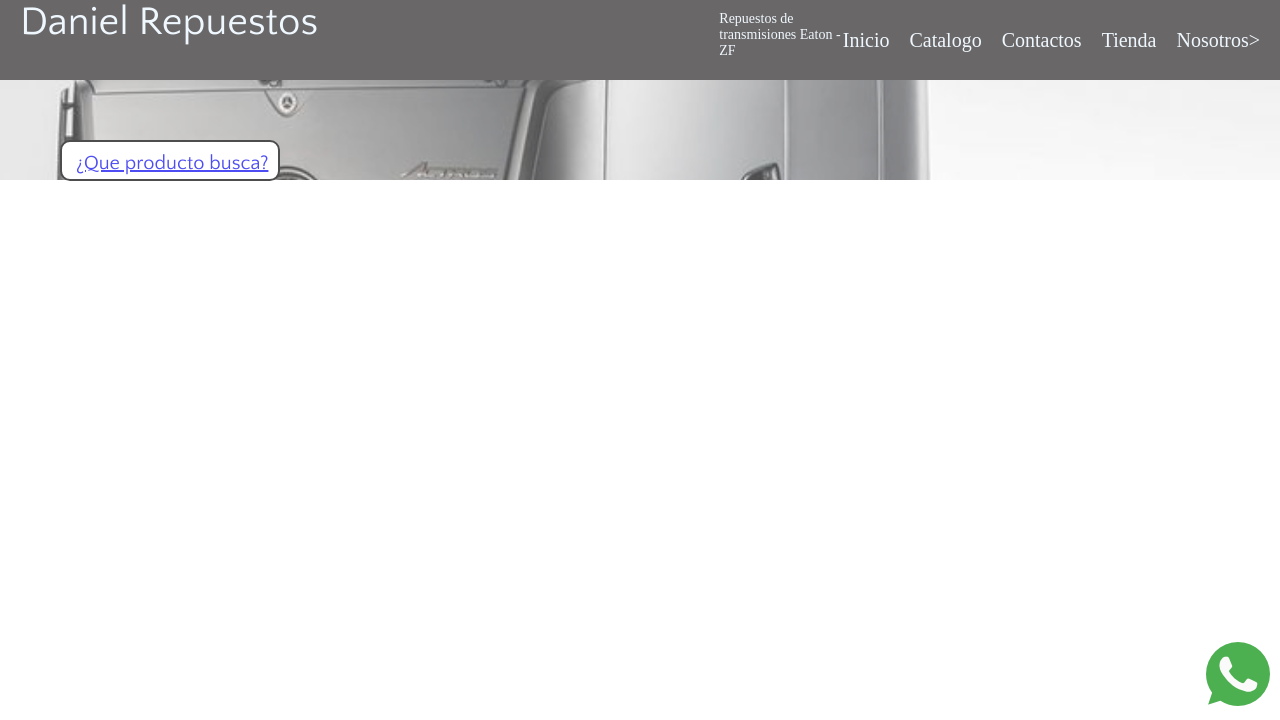
Repository: minesterani/proyecto-caja
Page: pages/nosotros.html
An editor plug-in stored every save of this project. The page is shown before and after the next save, followed by the edit.
The browser window is 1280 px wide. The pictures show the whole page.

Above is the page before, as saved 2024-10-02 08:22:17.

After the next save:
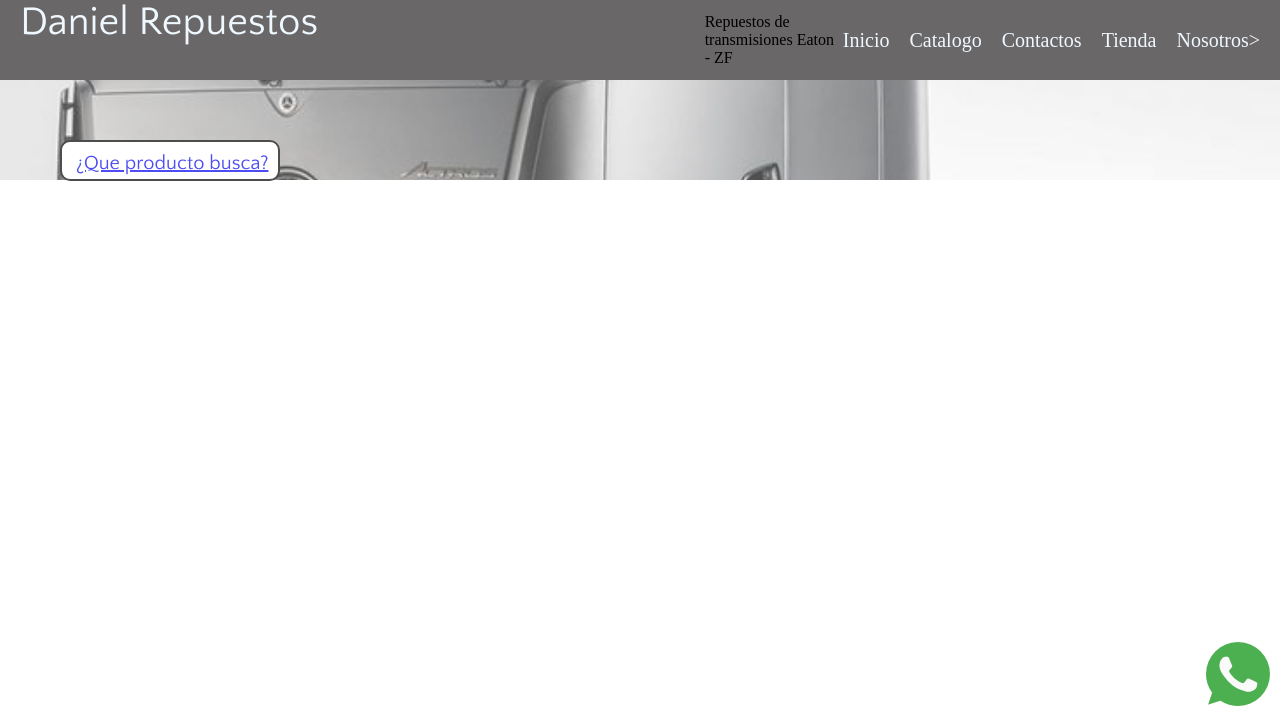
Saved 5 min 34 s later.
--- a/css/style.css
+++ b/css/style.css
@@ -19,11 +19,16 @@
     margin-bottom: 0; /* Elimina el margen inferior del h1 */
     font-size: 36px; /* Tamaño de fuente del h1 (ajústalo según sea necesario) */
 }
-.subtitulo{
+.header-tienda .subtitulo{
     font-size: 14px; /* Tamaño más pequeño */
     color: aliceblue;
     margin-top: -10px; /* Ajuste del margen para que esté cerca del h1 */
-}
+    padding: 0;
+}
+h1 p{
+    margin: 0;
+}
+
 
 /* Header */
 .header-index, .header-tienda, .header-catalogo, .header-contactos, .header-nosotros {
